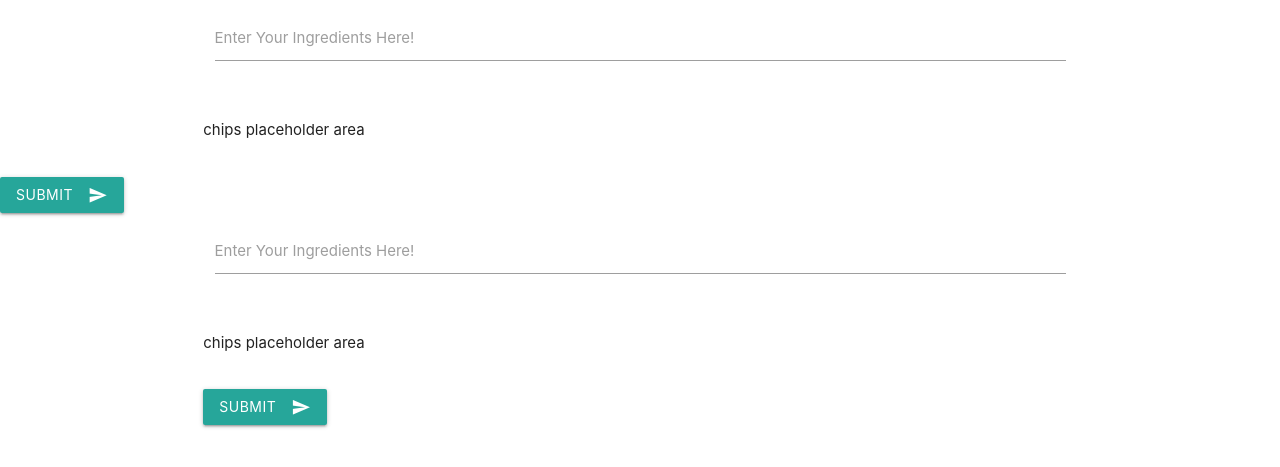
Repository: Aaron-R-Carter/Project1
Page: new.html
These files come from the project's save history. The page is drawn as it stood at one moment and after the next save; the edit follows.
The browser window is 1280 px wide. The pictures show the whole page.

Above is the page before, as saved 2019-11-01 17:49:28.
Console error: SyntaxError: Unexpected token '<'

### new.html
<!DOCTYPE html>
<html>

<head>
    <!--Import Google Icon Font-->
    <link href="https://fonts.googleapis.com/icon?family=Material+Icons" rel="stylesheet">
    <!--Import materialize.css-->
    <link rel="stylesheet" href="https://cdnjs.cloudflare.com/ajax/libs/materialize/1.0.0/css/materialize.min.css">
    <link rel="stylesheet" href="./prototype.css">
    <!--Let browser know website is optimized for mobile-->
    <meta name="viewport" content="width=device-width, initial-scale=1.0" />

</head>

<body>
    <div class="container" id="main-forms-container">
        <div class="row" id="form-row">
            <div class="col s12" id="form-column">
                <div class="input-field col s12">
                    <!-- <i class="material-icons prefix">textsms</i> -->
                    <input type="text" id="autocomplete-input" class="autocomplete">
                    <label for="autocomplete-input">Enter Your Ingredients Here!</label>
                </div>
            </div>
        </div>
        <div class="row" id="chips-row">
            <div class="col s12" id="chips-column">
                <p>chips placeholder area</p>
            </div>
        </div>
    </div>

<button class="btn waves-effect waves-light" type="submit" name="action">Submit
    <i class="material-icons right">send</i>
  </button>

 <div class="container" id="main-forms-container">
        <div class="row" id="form-row">
            <div class="col s12" id="form-column">
                <div class="input-field col s12">
                    <!-- <i class="material-icons prefix">textsms</i> -->
                    <input type="text" id="autocomplete-input" class="autocomplete">
                    <label for="autocomplete-input">Enter Your Ingredients Here!</label>
                </div>
            </div>
        </div>
        <div class="row" id="chips-row">
            <div class="col s12" id="chips-column">
                <p>chips placeholder area</p>
            </div>
        </div>
        <div class="row" id="submit-row">
            <div class="col s12" id="submit-column">
                <button class="btn waves-effect waves-light" type="submit" name="action">Submit
                    <i class="material-icons right">send</i>
                </button>
            </div>
        </div>
    </div>

    <script src="https://code.jquery.com/jquery-3.4.1.min.js"
        integrity="sha256-CSXorXvZcTkaix6Yvo6HppcZGetbYMGWSFlBw8HfCJo=" crossorigin="anonymous"></script>
    <script src="https://cdnjs.cloudflare.com/ajax/libs/materialize/1.0.0/js/materialize.min.js"></script>
    <script src="./script.js"></script>

</body>
</html>

### prototype.css
#form-page {
    width: 100%;
}

.label {
    font-size: 15px;
}

### script.js

    <div id="left-box">
    <form id="ingredient-form">
        <label for="ingredient-input">List of Ingredients:</label>
        <br>
        <input type="text" id="ingredient-input" placeholder="Ingredients">

        <!-- Button will trigger new ingredients to be added -->
        <input id="add " class="btn btn-primary mb-2" type="submit" value="Add a zipcode">
    </form>

    <div id="zipcode-view"></div>
</div>

After the next save:
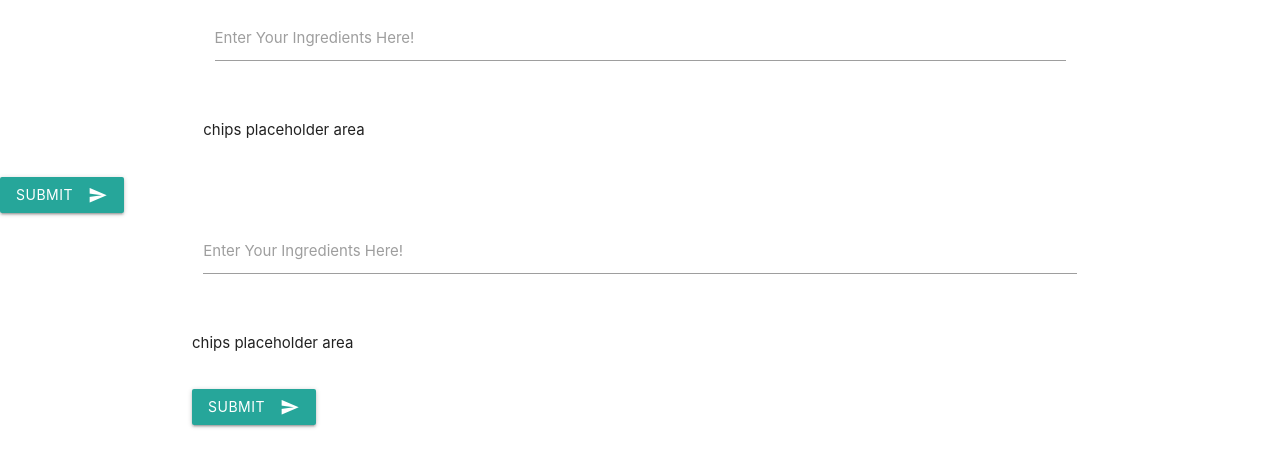
Saved 3 min 0 s later.
--- a/new.html
+++ b/new.html
@@ -29,7 +29,7 @@
             </div>
         </div>
     </div>
-
+    <div class="col s12" id="submit-column">
 <button class="btn waves-effect waves-light" type="submit" name="action">Submit
     <i class="material-icons right">send</i>
   </button>

After the save that followed:
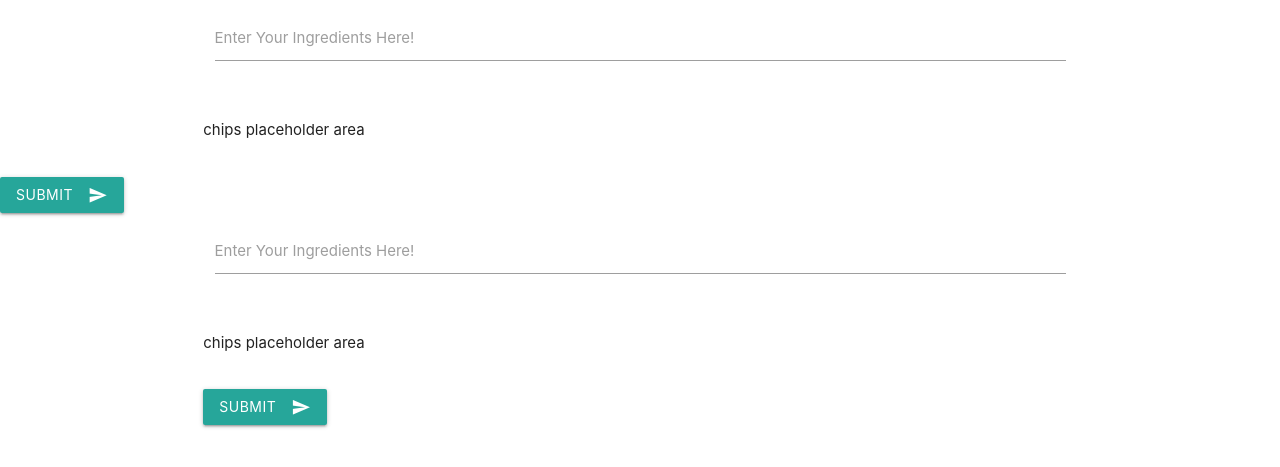
Saved 35 s later.
--- a/new.html
+++ b/new.html
@@ -29,7 +29,7 @@
             </div>
         </div>
     </div>
-    <div class="col s12" id="submit-column">
+    <!-- <div class="col s12" id="submit-column"> -->
 <button class="btn waves-effect waves-light" type="submit" name="action">Submit
     <i class="material-icons right">send</i>
   </button>
